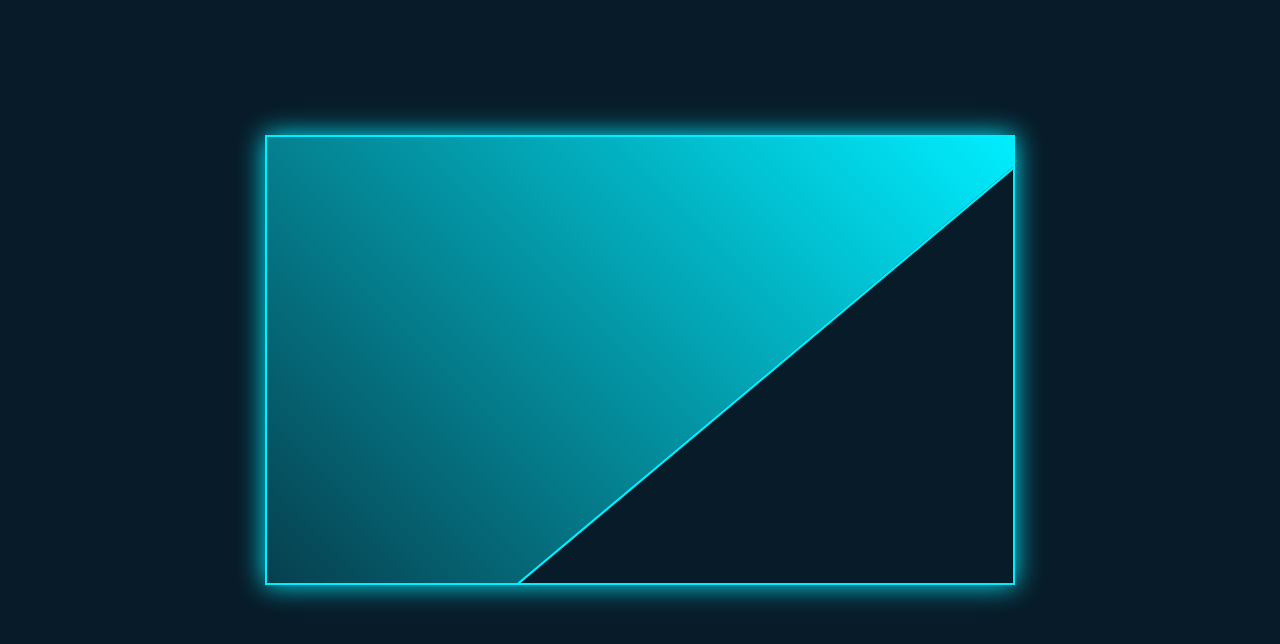
Repository: swastikjhacoder/Login-Registration-HTML
Page: index.html
An editor plug-in stored every save of this project. The page is shown before and after the next save, followed by the edit.
The browser window is 1280 px wide. The pictures show the whole page.

Above is the page before, as saved 2023-09-18 16:08:46.
Not found: js/toastify.js

### index.html
<!DOCTYPE html>
<html lang="en">
  <head>
    <meta charset="UTF-8" />
    <meta http-equiv="X-UA-Compatible" content="IE=edge" />
    <meta name="viewport" content="width=device-width, initial-scale=1.0" />
    <title>Login</title>
    <link rel="shortcut icon" href="./images/favicon.png" />
    <link rel="stylesheet" href="style.css" />
    <link href='https://unpkg.com/boxicons@2.1.4/css/boxicons.min.css' rel='stylesheet'>
    <script src="./js/toastify.js"></script>
  </head>
  <body>
    <div class="wrapper">
        <span class="bg-animate1"></span>
        <span class="bg-animate2"></span>

        <div class="form-box login">
            <h2>Login</h2>
            <form action="#">
                <div class="input-box">
                    <input type="text" required/>
                    <label>Username</label>
                    <i class='bx bxs-user'></i>
                </div>
                <div class="input-box">
                    <input type="password" required/>
                    <label>Password</label>
                    <i class='bx bxs-lock-alt' ></i>
                </div>
                <button type="submit" class="btn">Login</button>
                <div class="logreg-link">
                    <p>Don't have an account? <a href="#" class="register-link">Sign Up</a></p>
                </div>
            </form>
        </div>
        <div class="info-text login">
            <h2>Welcome Back!</h2>
            <p>Lorem ipsum dolor sit amet consectetur adipisicing elit. Veritatis, itaque.</p>
        </div>

        <div class="form-box register">
            <h2>Sign Up</h2>
            <form action="#">
                <div class="input-box">
                    <input type="text" required/>
                    <label>Username</label>
                    <i class='bx bxs-user'></i>
                </div>
                <div class="input-box">
                    <input type="email" required/>
                    <label>Email</label>
                    <i class='bx bxs-envelope' ></i>
                </div>
                <div class="input-box">
                    <input type="password" required/>
                    <label>Password</label>
                    <i class='bx bxs-lock-alt' ></i>
                </div>
                <button type="submit" class="btn">Sign Up</button>
                <div class="logreg-link">
                    <p>Already have an account? <a href="#" class="login-link">Login</a></p>
                </div>
            </form>
        </div>

        <div class="info-text register">
            <h2>Welcome Back!</h2>
            <p>Lorem ipsum dolor sit amet consectetur adipisicing elit. Veritatis, itaque.</p>
        </div>
    </div>

  </body>
</html>

### style.css
@import url('https://fonts.googleapis.com/css2?family=Poppins:ital,wght@0,100;0,200;0,300;0,400;0,500;0,600;0,700;0,800;0,900;1,400&display=swap');

* {
    margin: 0;
    padding: 0;
    box-sizing: border-box;
    font-family: 'Poppins', sans-serif;
}

body {
    display: flex;
    justify-content: center;
    align-items: center;
    min-height: 100vh;
    background: #081b29;
}

.wrapper {
    position: relative;
    width: 750px;
    height: 450px;
    background: transparent;
    border: 2px solid #0ef;
    box-shadow: 0 0 25px #0ef;
    overflow: hidden;
}

.wrapper .form-box {
    position: absolute;
    top: 0;
    width: 50%;
    height: 100%;
    display: flex;
    flex-direction: column;
    justify-content: center;
}

.wrapper .form-box.login {
    left: 0;
    padding: 0 60px 0 40px;
    display: none;
}

.wrapper .form-box.register {
    right: 0;
    padding: 0 40px 0 60px;
    display: none;
}

.form-box h2 {
    font-size: 32px;
    color: #fff;
    text-align: center;
}

.form-box .input-box {
    position: relative;
    width: 100%;
    height: 50px;
    margin: 25px 0;
}

.input-box input {
    width: 100%;
    height: 100%;
    background: transparent;
    border: none;
    outline: none;
    border-bottom: 2px solid #fff;
    padding-right: 23px;
    font-size: 16px;
    color: #fff;
    font-weight: 500;
    transition: .5s;
}

.input-box input:focus,
.input-box input:valid {
    border-bottom-color: #0ef;
}

.input-box label {
    position: absolute;
    top: 50%;
    left: 0;
    transform: translateY(-50%);
    font-size: 16px;
    color: #fff;
    pointer-events: none;
    transition: .5s;
}

.input-box input:focus~label,
.input-box input:valid~label {
    top: -5px;
    color: #0ef
}

.input-box i {
    position: absolute;
    top: 50%;
    right: 0;
    transform: translateY(-50%);
    font-size: 18px;
    color: #fff;
    transition: .5s;
}

.input-box input:focus~i,
.input-box input:valid~i {
    color: #0ef
}

.btn {
    position: relative;
    width: 100%;
    height: 45px;
    background: transparent;
    border: 2px solid #0ef;
    outline: none;
    border-radius: 40px;
    cursor: pointer;
    font-size: 16px;
    color: #fff;
    font-weight: 600;
    z-index: 1;
    overflow: hidden;
}

.btn::before {
    content: '';
    position: absolute;
    top: -100%;
    left: 0;
    width: 100%;
    height: 300%;
    background: linear-gradient(#081b29, #0ef, #081b29, #0ef);
    z-index: -1;
    transition: .5s;
}

.btn:hover::before {
    top: 0;
}

.form-box .logreg-link {
    font-size: 14.5px;
    color: #fff;
    text-align: center;
    margin: 20px 0 10px;
}

.logreg-link p a {
    color: #0ef;
    text-decoration: none;
    font-weight: 600;
}

.logreg-link p a:hover {
    text-decoration: underline;
}

.wrapper .info-text {
    position: absolute;
    top: 0;
    width: 50%;
    height: 100%;
    display: flex;
    flex-direction: column;
    justify-content: center;
}

.wrapper .info-text.login {
    right: 0;
    text-align: right;
    padding: 0 40px 60px 150px;
    display: none;
}
.wrapper .info-text.register {
    left: 0;
    text-align: left;
    padding: 0 150px 60px 40px;
    display: none;
}

.info-text h2 {
    font-size: 36px;
    color: #fff;
    line-height: 1.3;
    text-transform: uppercase;
}

.info-text p {
    font-size: 16px;
    color: #fff;
}

.wrapper .bg-animate1 {
    position: absolute;
    top: -4px;
    right: 0;
    width: 850px;
    height: 600px;
    background: linear-gradient(45deg, #081b29, #0ef);
    border-bottom: 3px solid #0ef;
    /* transform: rotate(10deg) skewY(40deg); */
    transform: rotate(0) skewY(0);
    transform-origin: bottom right;
}

.wrapper .bg-animate2 {
    position: absolute;
    top: 100%;
    left: 250px;
    width: 850px;
    height: 700px;
    background: #081b29;
    border-top: 3px solid #0ef;
    /* transform: rotate(-11deg) skewY(-40deg); */
    transform: rotate(0) skewY(-40deg);
    transform-origin: bottom left;
}

After the next save:
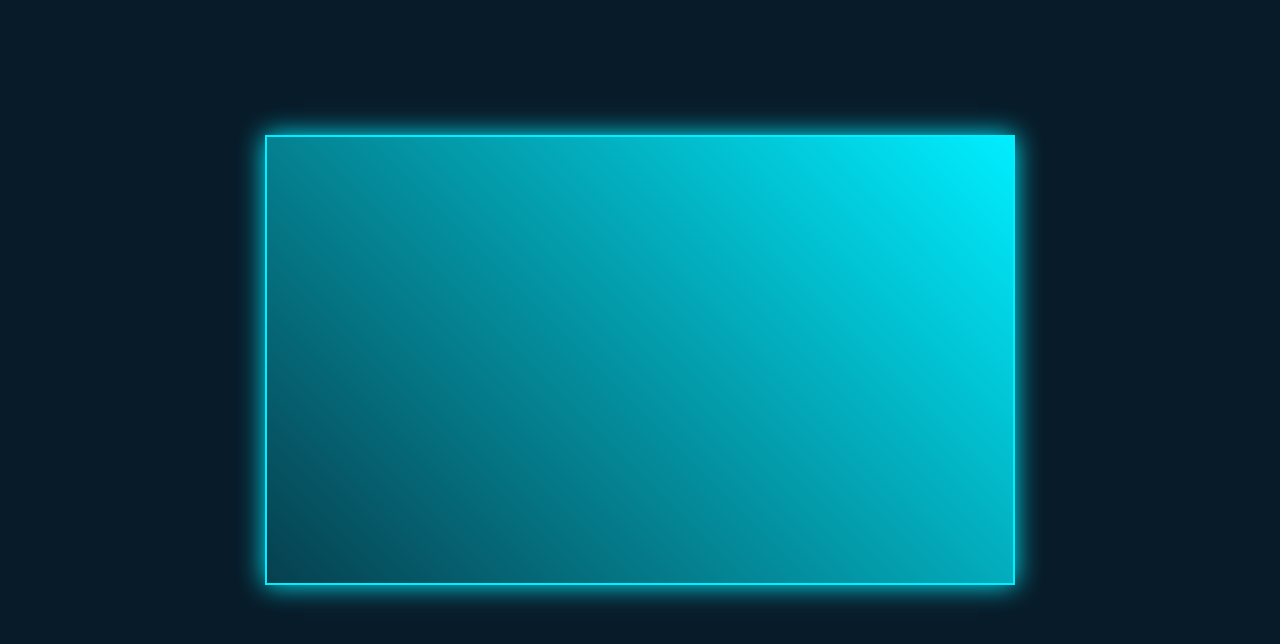
Saved 5 s later.
--- a/style.css
+++ b/style.css
@@ -217,6 +217,6 @@ body {
     background: #081b29;
     border-top: 3px solid #0ef;
     /* transform: rotate(-11deg) skewY(-40deg); */
-    transform: rotate(0) skewY(-40deg);
+    transform: rotate(0) skewY(0);
     transform-origin: bottom left;
 }
